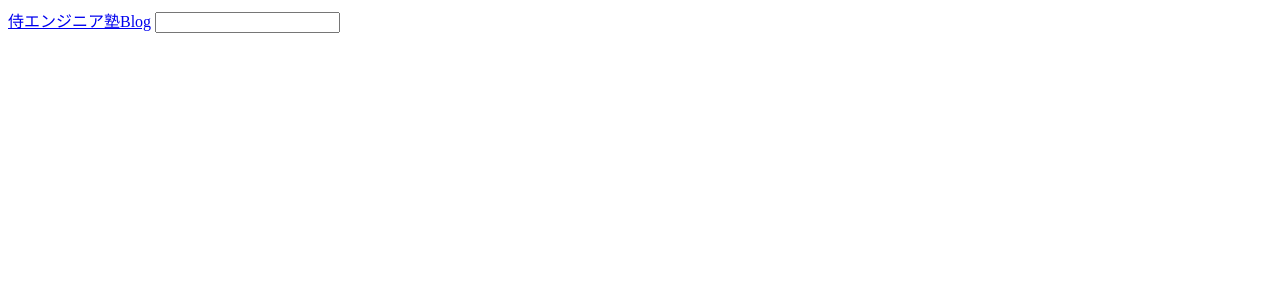
Repository: Masaaki-Oomori1010/samurai_HTML-CSS
Page: index.html
The author's editor kept a record of every edit. The page is drawn from the files as they stood at one moment, then again after the next edit.
The browser window is 1280 px wide. The pictures show the whole page.

Above is the page before.

After the next edit:
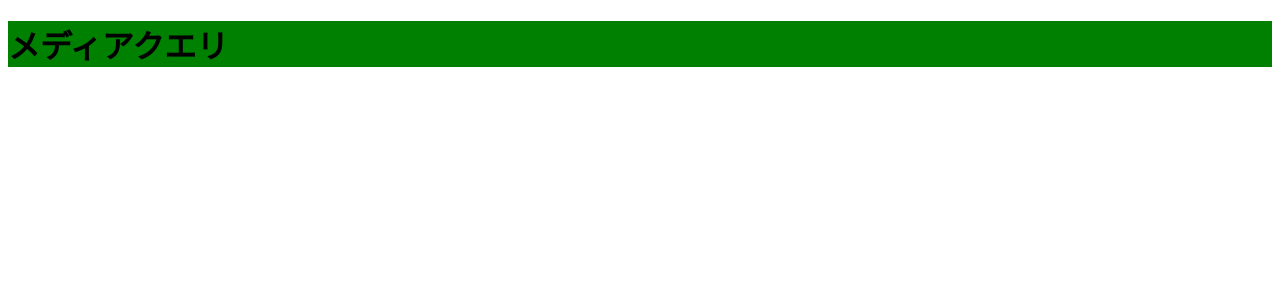
The edit:
--- a/index.html
+++ b/index.html
@@ -1,24 +1,28 @@
 <!DOCTYPE html>
 <html lang="ja">
     <head>
-        <meta charset="UTF-8">
-        <title>HTML/CSSの学習</title>
+        <meta name="viewport" content="width=device-width, initial-scale=1" charset="utf-8">
         <style>
-            a:hover {
-                background-color: red;
+            .media {
+                background-color: blue;
             }
 
-            a:active {
-                background-color: yellow;
+            @media screen and (min-width:480px) {
+                .media {
+                    background-color: red;
+                }
             }
 
-            input:focus {
-                background-color: green;
+            @media screen and (min-width:640px) {
+                .media {
+                    background-color: green;
+                }
             }
         </style>
     </head>
     <body>
-        <a href="https://www.sejuku.net/blog/">侍エンジニア塾Blog</a>
-        <input type="text"/>
+        <div class="media">
+            <h1>メディアクエリ</h1>
+        </body>
     </body>
 </html>
